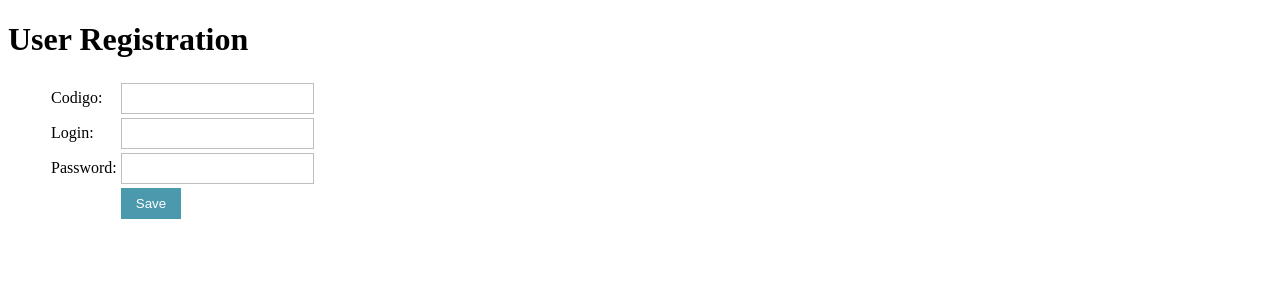
Repository: ViniciusBeletella/project-jsp
Page: http://localhost/project-jsp/userRegistration.jsp
These files come from the project's save history. The page is drawn as it stood at one moment and after the next save; the edit follows.
The browser window is 1280 px wide. The pictures show the whole page.
The page is served by Tomcat 9. Other server files are loaded and not shown.

Above is the page before, as saved 2019-12-20 13:43:36.

### project-jsp/WebContent/userRegistration.jsp
<%@ page language="java" contentType="text/html; charset=UTF-8"
	pageEncoding="UTF-8"%>
<%@ taglib uri="http://java.sun.com/jsp/jstl/core" prefix="c"%>
<!DOCTYPE html>
<html>
<head>
<meta charset="UTF-8">
<title>User Registration</title>
<link rel="stylesheet" href="resources/css/registration.css">
</head>
<body>

	<h1>User Registration</h1>

	<form action="saveUser" method="post">
		<ul class="form-style-1">
			<li>
				<table>
					<tr>
						<td>Codigo:</td>
						<td><input type="text" readonly="readonly" id="id" name="id"
							value="${user.id}"></td>
					</tr>
					<tr>
						<td>Login:</td>
						<td><input type="text" id="login" name="login"
							value="${user.login}"></td>
					</tr>

					<tr>
						<td>Password:</td>
						<td><input type="password" id="password" name="password"
							value="${user.password}"></td>
					</tr>
					<tr>
						<td></td>
						<td><input type="submit" value="Save"></td>
					</tr>
				</table>
			</li>
		</ul>
	</form>
	<table>

		<c:forEach items="${users}" var="userL">
			<tr>
				<td style="width: 150px"><c:out value="${userL.id}"></c:out></td>
				<td style="width: 150px"><c:out value="${userL.login}"></c:out></td>
				<td style="width: 150px"><c:out value="${userL.password}"></c:out></td>
				<td><c:out value="${user.password}"></c:out></td>
				<td><a href="saveUser?acao=delete&user=${userL.login}">Delete</a>
				</td>
				<td><a href="saveUser?acao=edit&user=${userL.login}">Edit</a></td>

			</tr>

		</c:forEach>

	</table>


</body>
</html>

### project-jsp/WebContent/resources/css/registration.css

<style type="text/css">
.form-style-1 {
	margin:10px auto;
	max-width: 400px;
	padding: 20px 12px 10px 20px;
	font: 13px "Lucida Sans Unicode", "Lucida Grande", sans-serif;
}
.form-style-1 li {
	padding: 0;
	display: block;
	list-style: none;
	margin: 10px 0 0 0;
}
.form-style-1 label{
	margin:0 0 3px 0;
	padding:0px;
	display:block;
	font-weight: bold;
}
.form-style-1 input[type=text],
.form-style-1 input[type=password],
.form-style-1 input[type=date],
.form-style-1 input[type=datetime],
.form-style-1 input[type=number],
.form-style-1 input[type=search],
.form-style-1 input[type=time],
.form-style-1 input[type=url],
.form-style-1 input[type=email],
textarea,
select{
	box-sizing: border-box;
	-webkit-box-sizing: border-box;
	-moz-box-sizing: border-box;
	border:1px solid #BEBEBE;
	padding: 7px;
	margin:0px;
	-webkit-transition: all 0.30s ease-in-out;
	-moz-transition: all 0.30s ease-in-out;
	-ms-transition: all 0.30s ease-in-out;
	-o-transition: all 0.30s ease-in-out;
	outline: none;
}
.form-style-1 input[type=text]:focus,
.form-style-1 input[type=password]:focus,
.form-style-1 input[type=date]:focus,
.form-style-1 input[type=datetime]:focus,
.form-style-1 input[type=number]:focus,
.form-style-1 input[type=search]:focus,
.form-style-1 input[type=time]:focus,
.form-style-1 input[type=url]:focus,
.form-style-1 input[type=email]:focus,
.form-style-1 textarea:focus,
.form-style-1 select:focus{
	-moz-box-shadow: 0 0 8px #88D5E9;
	-webkit-box-shadow: 0 0 8px #88D5E9;
	box-shadow: 0 0 8px #88D5E9;
	border: 1px solid #88D5E9;
}
.form-style-1 .field-divided{
	width: 49%;
}

.form-style-1 .field-long{
	width: 100%;
}
.form-style-1 .field-select{
	width: 100%;
}
.form-style-1 .field-textarea{
	height: 100px;
}
.form-style-1 input[type=submit], .form-style-1 input[type=button]{
	background: #4B99AD;
	padding: 8px 15px 8px 15px;
	border: none;
	color: #fff;
}
.form-style-1 input[type=submit]:hover, .form-style-1 input[type=button]:hover{
	background: #4691A4;
	box-shadow:none;
	-moz-box-shadow:none;
	-webkit-box-shadow:none;
}
.form-style-1 .required{
	color:red;
}
</style>

After the next save:
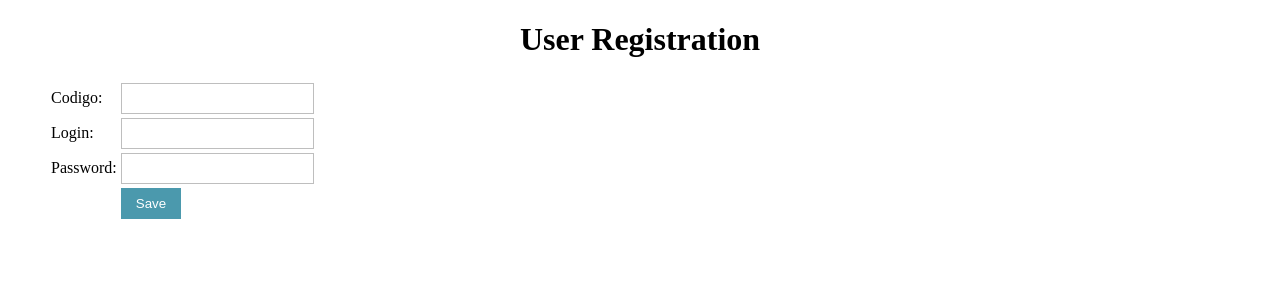
Saved 54 s later.
--- a/project-jsp/WebContent/userRegistration.jsp
+++ b/project-jsp/WebContent/userRegistration.jsp
@@ -10,7 +10,7 @@
 </head>
 <body>
 
-	<h1>User Registration</h1>
+	<center><h1>User Registration</h1></center>
 
 	<form action="saveUser" method="post">
 		<ul class="form-style-1">
